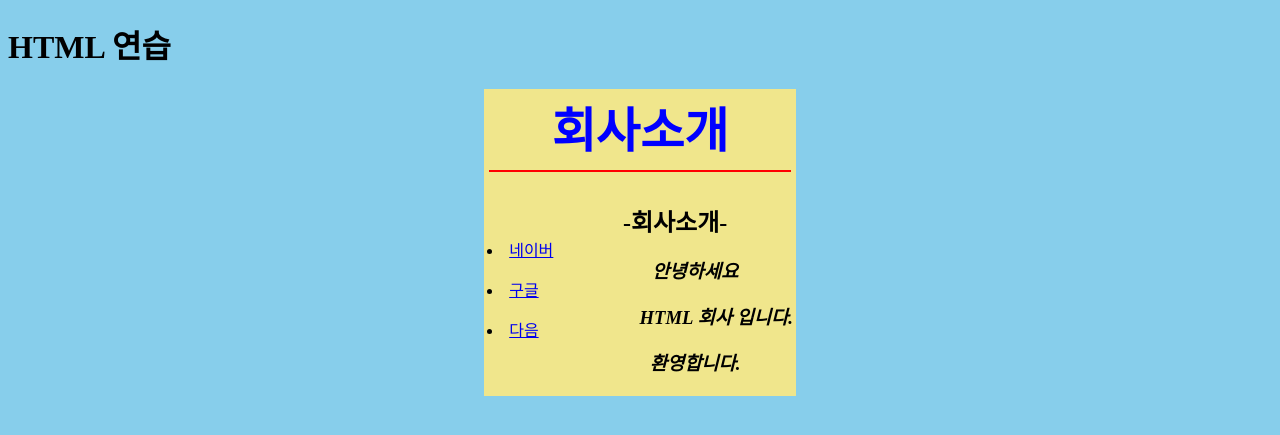
Repository: basstpgns/20201029html
Page: jsp/html/quiz02.html
These files come from the project's save history. The page is drawn as it stood at one moment and after the next save; the edit follows.
The browser window is 1280 px wide. The pictures show the whole page.

Above is the page before, as saved 2020-10-29 08:51:53.

### jsp/html/quiz02.html
<!DOCTYPE html>
<html>
<head>
<meta charset="EUC-KR">
<title>Insert title here</title>
</head>
<body bgcolor="skyblue">
	<h1>HTML 연습</h1>
	<table align="center" bgcolor="khaki">
		<tbody>
			<tr>
				<th colspan="3"><font size="7" face="궁서체" style="color: blue">회사소개</font>
					<hr width="300px" align="center" color="red"></th>
			</tr>
			<tr>
				<ul>
					<td>
						<p>
						<li><a href="https://www.naver.com/">네이버</a></li>
						</p>
						<p>
						<li><a href="https://www.google.com/">구글</a></li>
						</p>
						<p>
						<li><a href="https://www.daum.net/">다음</a></li>
						</p>
					</td>
				</ul>
				<th>
					<h3>
						<dl>
							<dt>
								<font size="5">-회사소개-</font>
							</dt>
							<dd>
								<i>
									<p>안녕하세요</p>
									<p>&nbsp;&nbsp;&nbsp;&nbsp;&nbsp;&nbsp;&nbsp;&nbsp;&nbsp;HTML 회사 입니다.</p>
									환영합니다.
								</i>
							</dd>
						</dl>
					</h3>
				</th>
			</tr>
		</tbody>
	</table>
</body>
</html>

After the next save:
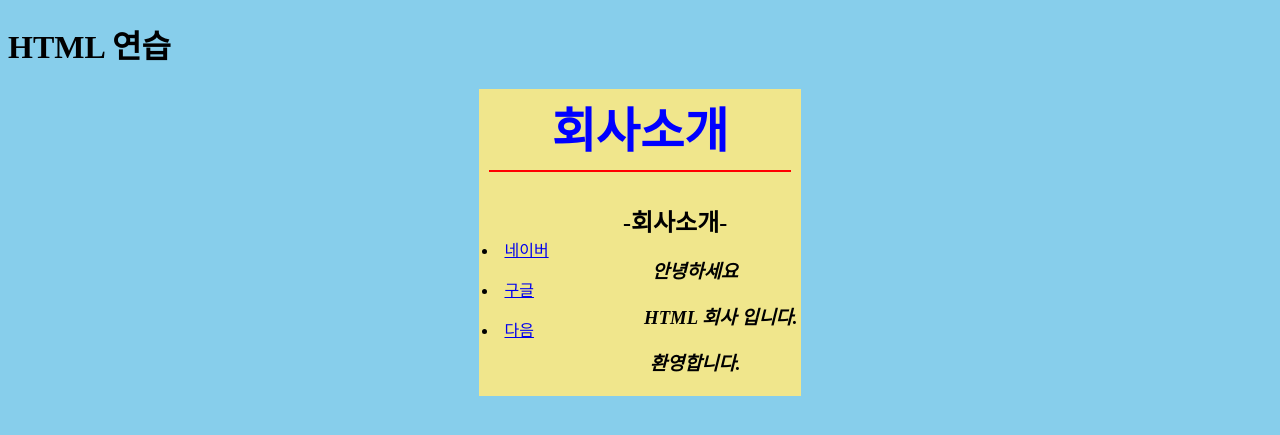
Saved 5 s later.
--- a/jsp/html/quiz02.html
+++ b/jsp/html/quiz02.html
@@ -35,7 +35,7 @@
 							<dd>
 								<i>
 									<p>안녕하세요</p>
-									<p>&nbsp;&nbsp;&nbsp;&nbsp;&nbsp;&nbsp;&nbsp;&nbsp;&nbsp;HTML 회사 입니다.</p>
+									<p>&nbsp;&nbsp;&nbsp;&nbsp;&nbsp;&nbsp;&nbsp;&nbsp;&nbsp;&nbsp;&nbsp;HTML 회사 입니다.</p>
 									환영합니다.
 								</i>
 							</dd>
